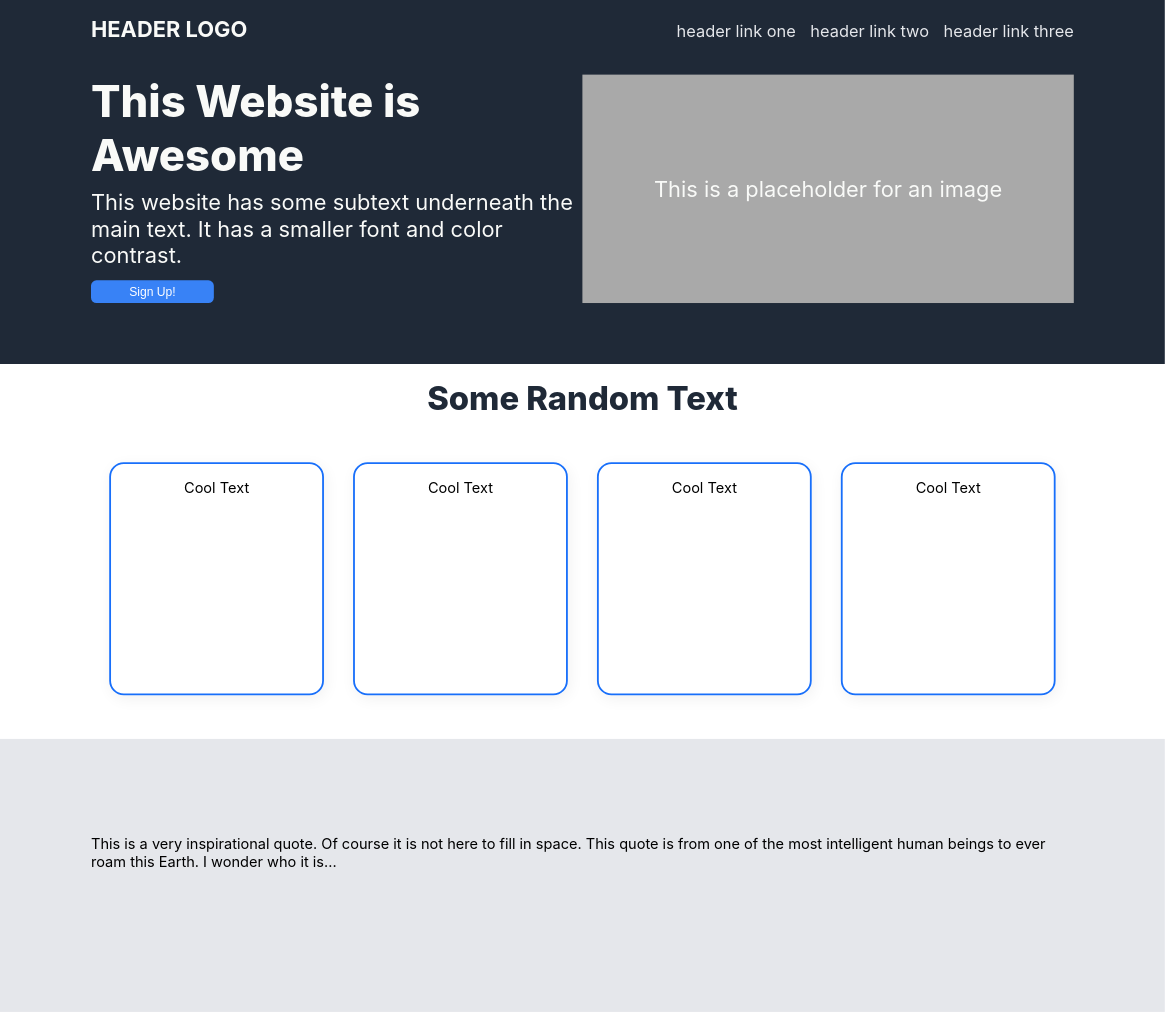
Repository: bbrockbrown/landing-page
Page: index.html
The author's editor kept a copy of each file at every save. The page is drawn from the files as they stood at one save, then again after the next save.
The browser window is 1280 px wide. The pictures show the whole page, at 91% of full size.

Above is the page before, as saved 2024-07-24 15:49:58.

After the next save:
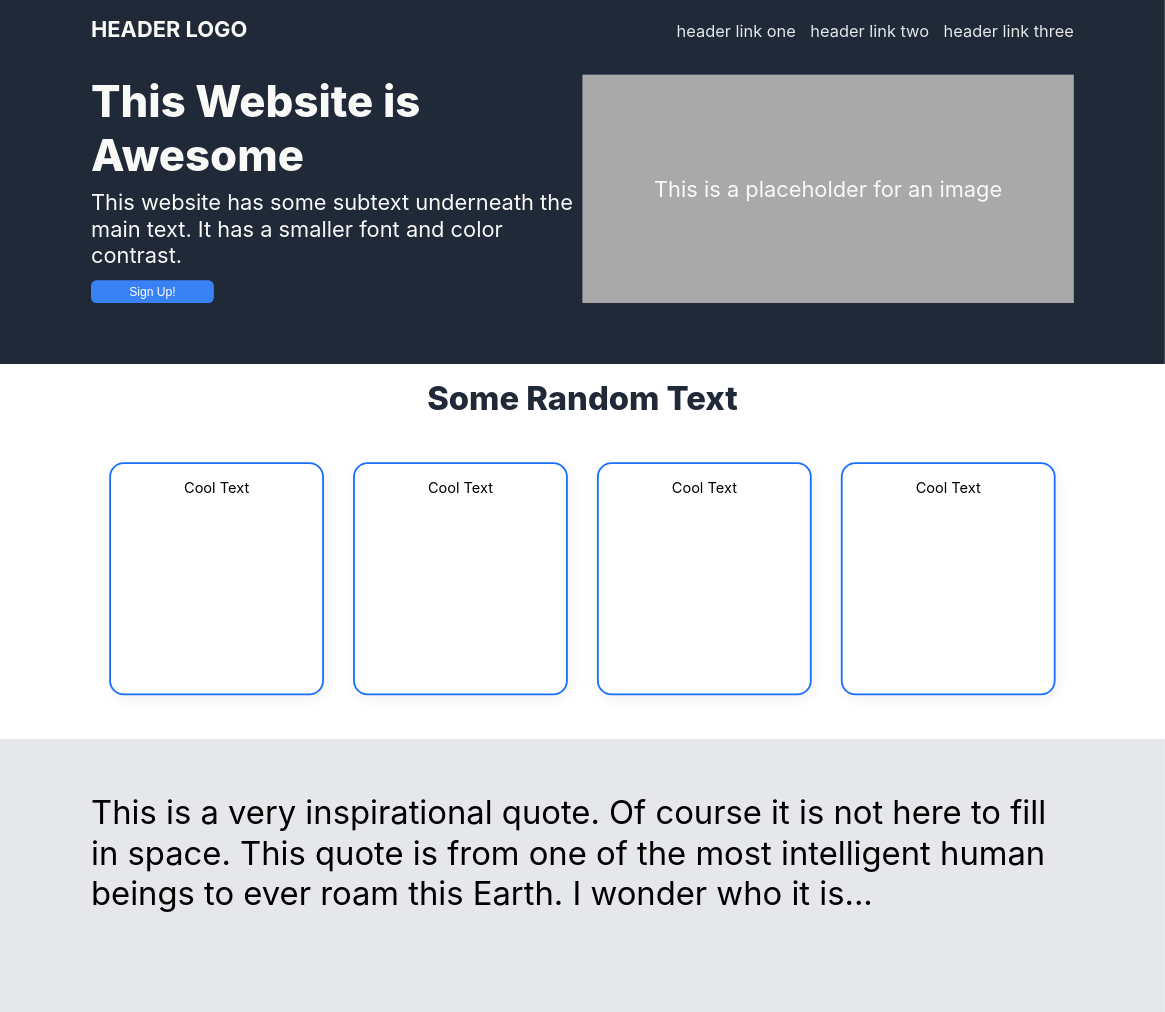
Saved 38 s later.
--- a/styles.css
+++ b/styles.css
@@ -119,5 +119,6 @@ a {
 
 .quote {
     padding: 0px 100px 50px 100px;
-
+    font-size: 36px;
+    font-weight: light italic;
 }
